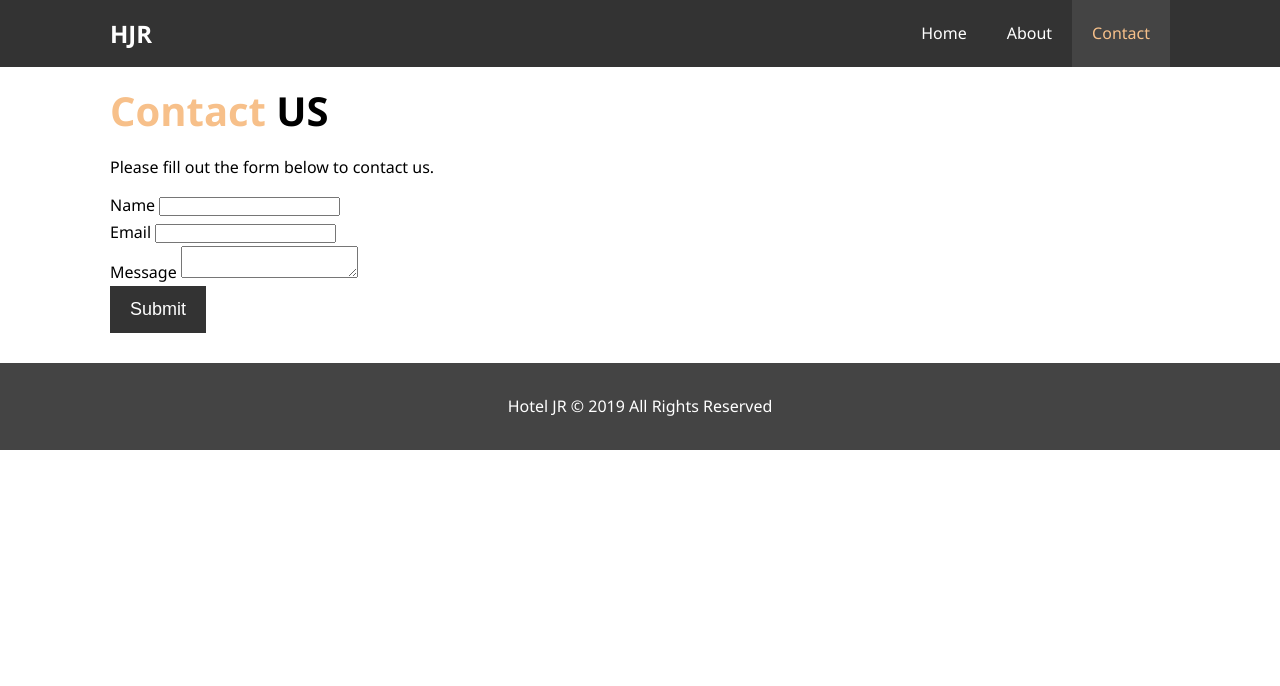
Repository: dimlutine/Hotel-Project
Page: contact.html
These files come from the project's save history. The page is drawn as it stood at one moment and after the next save; the edit follows.
The browser window is 1280 px wide. The pictures show the whole page.
Some web libraries are served in a nearby version.

Above is the page before, as saved 2019-07-05 23:10:11.

After the next save:
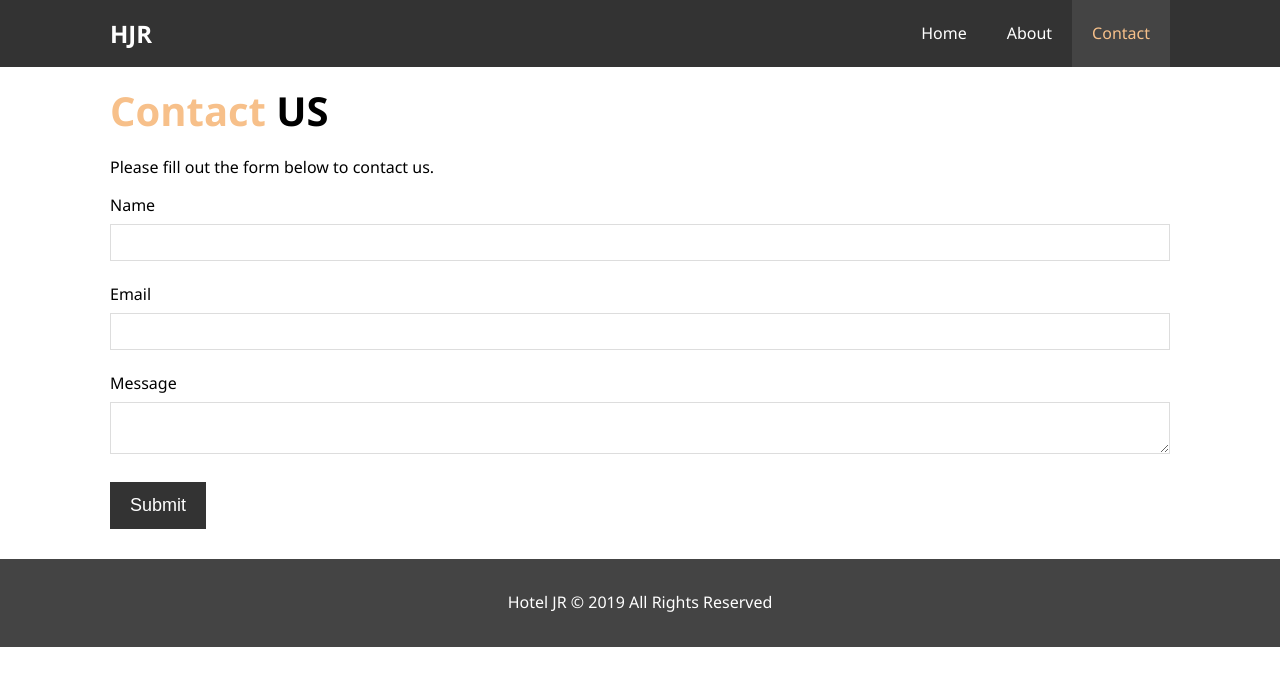
Saved 2 min 37 s later.
--- a/css/style.css
+++ b/css/style.css
@@ -254,6 +254,25 @@ p {
 }
 
 
+/* Contact Form */
+
+#contact-form .form-group {
+    margin-bottom: 20px;
+}
+
+#contact-form label {
+    display: block;
+    margin-bottom: 5px;
+}
+
+#contact-form input,
+#contact-form textarea {
+    width: 100%;
+    padding: 10px;
+    border: 1px #ddd solid;
+}
+
+
 /* Footer */
 
 #main-footer {
